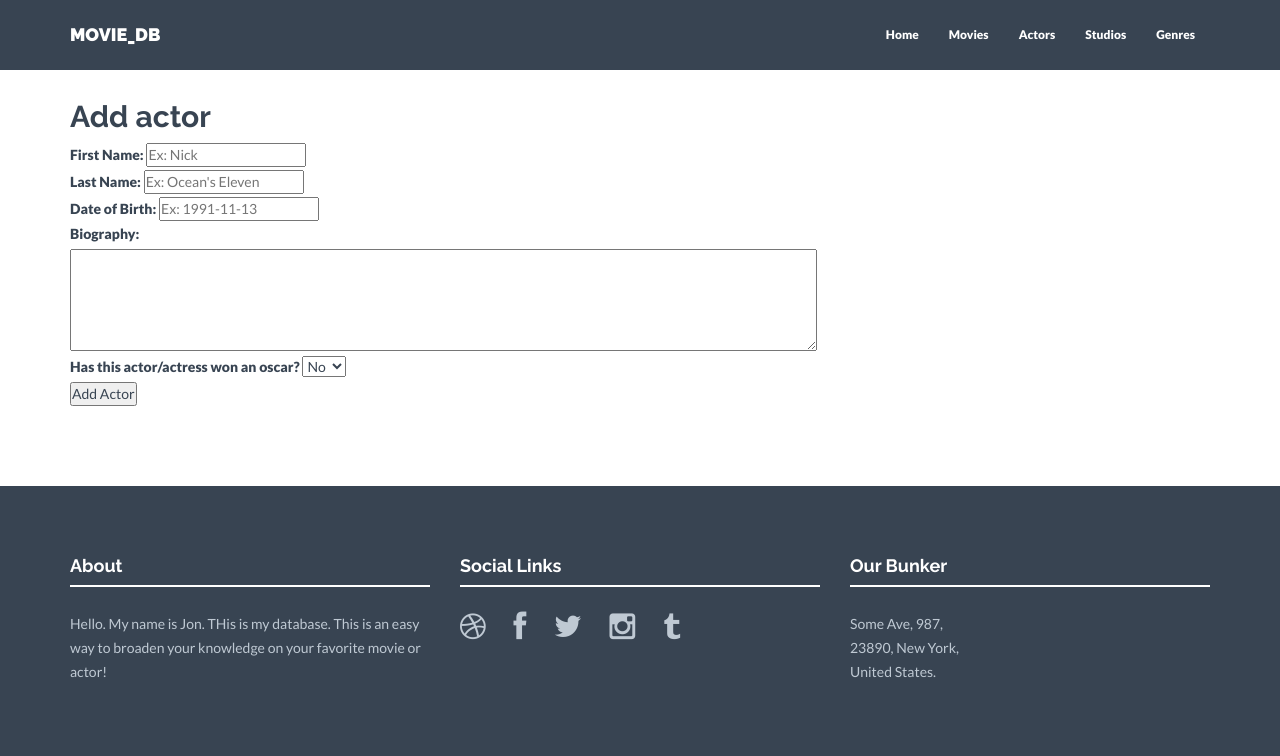
Repository: jonak91/Buzzerd-index
Page: http://localhost/add_actor.php
The author's editor kept a record of every edit. The page is drawn from the files as they stood at one moment, then again after the next edit.
The browser window is 1280 px wide. The pictures show the whole page.
Some web libraries are served in a nearby version. The page is run by PHP 8.4 with error messages shown; the project is at /var/www/html/.

Above is the page before.
Not found: assets/js/modernizr.js

After the next edit:
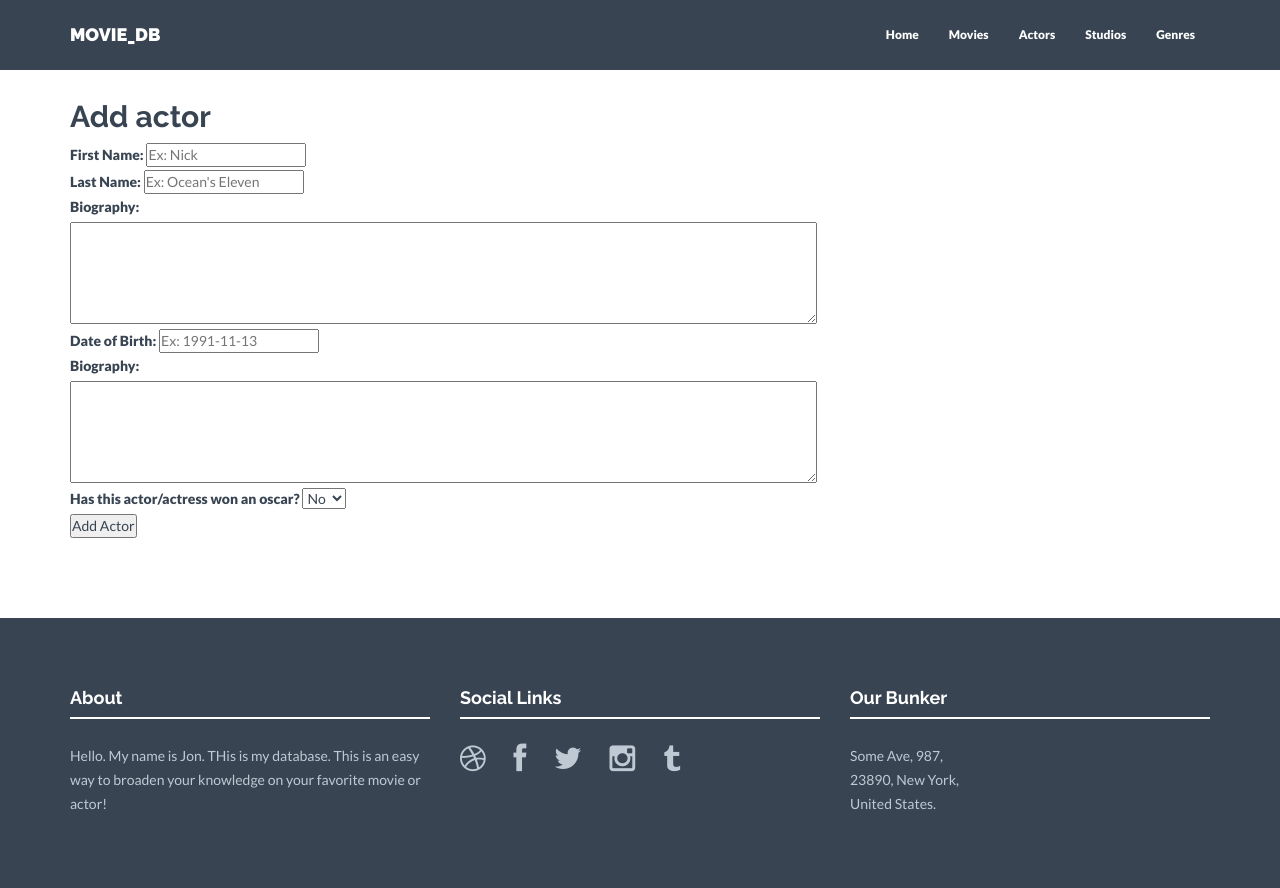
The edit:
--- a/add_actor.php
+++ b/add_actor.php
@@ -21,6 +21,9 @@
 									<label for="last_name">Last Name:</label> <input type="text" name="last_name" placeholder="Ex: Ocean's Eleven" />
 								</div>
 								<div>
+									<label for="bio">Biography:</label> <textarea name="bio" rows="5" cols="100"></textarea>
+								</div>
+								<div>
 									<label for="dob">Date of Birth:</label> <input type="text" name="dob" placeholder="Ex: 1991-11-13" />
 								</div>
 								<div>

After the edit that followed:
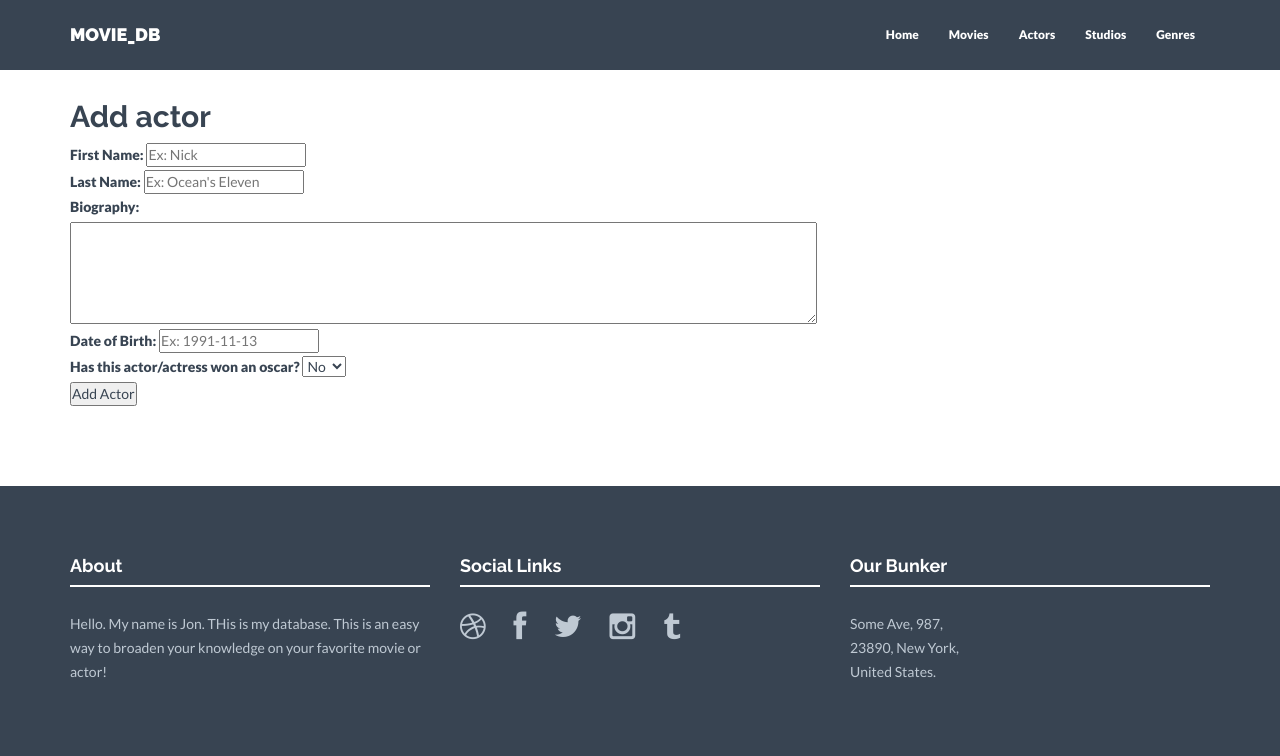
The edit:
--- a/add_actor.php
+++ b/add_actor.php
@@ -27,9 +27,6 @@
 									<label for="dob">Date of Birth:</label> <input type="text" name="dob" placeholder="Ex: 1991-11-13" />
 								</div>
 								<div>
-									<label for="bio">Biography:</label> <textarea name="bio" rows="5" cols="100"></textarea>
-								</div>
-								<div>
 								<label for="won_oscar"> Has this actor/actress won an oscar?</label>
 									<select name="won_oscar">
 										<option value="0">No</option>
